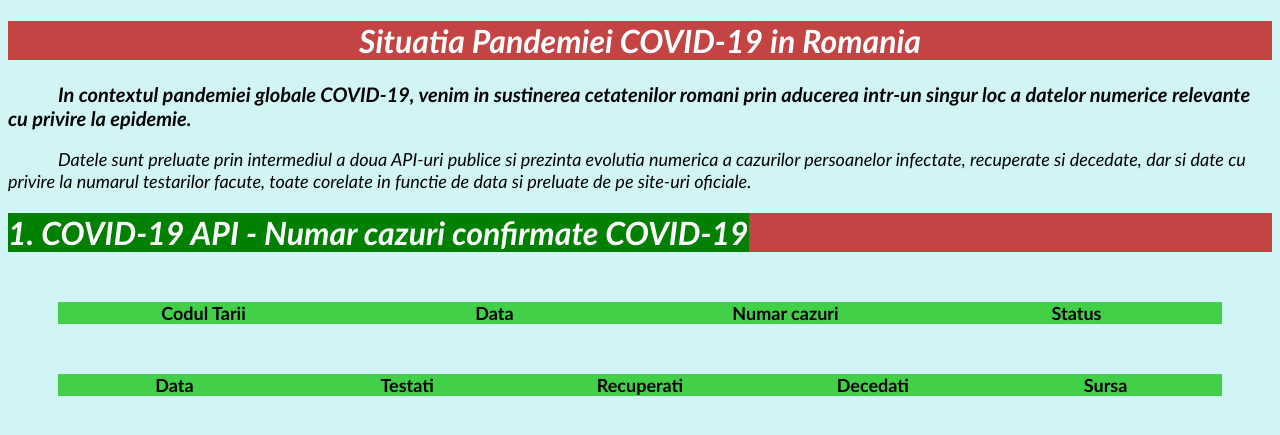
Repository: leonardpirlog/cc_2020_PL
Page: home.html
The author's editor kept a record of every edit. The page is drawn from the files as they stood at one moment, then again after the next edit.
The browser window is 1280 px wide. The pictures show the whole page.
The page's requests for data from a server got no answer.

Above is the page before.

### home.html
<!DOCTYPE html>
<html>
    <head>
       <script src="https://code.jquery.com/jquery-3.5.1.min.js"
       integrity="sha256-9/aliU8dGd2tb6OSsuzixeV4y/faTqgFtohetphbbj0="
       crossorigin="anonymous"></script>

       <script src="home_js.js"></script>
       <link rel="stylesheet" type="text/css" href="styles.css">
       <title>Situatia Pandemiei COVID-19 in Romania</title>
       <meta name="viewport" content="width=device-width, initial-scale=1.0">
    </head>
    <body>
        <div id="titlu" >
            <header>
                <h1 align=center>
                    Situatia Pandemiei COVID-19 in Romania
                </h1>
            </header>
        </div>
        <div>
            <h2 id="parag1">
                In contextul pandemiei globale COVID-19, venim in sustinerea cetatenilor
                romani prin aducerea intr-un singur loc a datelor numerice relevante cu privire la
                epidemie.
            </h2>
            <h3 id="parag2">
                Datele sunt preluate prin intermediul a doua API-uri publice si prezinta
                evolutia numerica a cazurilor persoanelor infectate, recuperate si decedate, dar
                si date cu privire la numarul testarilor facute, toate corelate in functie de data
                si preluate de pe site-uri oficiale.
            </h3>
            <h1 id="subtitlu"><span>
               1. COVID-19 API - Numar cazuri confirmate COVID-19
               </span>
            </h1>
        </div>
        <div class="api1_data">
            <div id="api1_table" class="api_table">
                <div class="api_header">
                    <div>Codul Tarii</div>
                    <div>Data</div>
                    <div>Numar cazuri</div>
                    <div>Status</div>
                </div>
                <div class="api_body">

                </div>
            </div>
        </div>
        <div class="api2_data">
            <div id="api2_table" class="api_table">
                <div class="api_header">
                    <div>Data</div>
                    <div>Testati</div>
                    <div>Recuperati</div>
                    <div>Decedati</div>
                    <div>Sursa</div>
                </div>
                <div class="api_body">

                </div>
            </div>
        </div>
    </body>
</html>

### home_js.js
// JavaScript File
/*global$*/

document.addEventListener("DOMContentLoaded", function() {
    loadCovid19Data1("https://api.covid19api.com/country/romania/status/confirmed");
    loadCovid19Data2("https://api.apify.com/v2/datasets/n1XtXTelVG5dJhDhy/items?format=json&clean=1");
});

function loadCovid19Data1(url) {
    function manipulateDom(response) {
        for(const row of response) {
            insertTrToApi1Table(row);
        }
    }

    getDataFromRequest(url, manipulateDom);
}

function loadCovid19Data2(url) {
    function manipulateDom(response) {
        for(const row of response) {
            insertTrToApi2Table(row);
        }
    }

    getDataFromRequest(url, manipulateDom);
}

function getDataFromRequest(url, callback) {
    var xhttp = new XMLHttpRequest();
    xhttp.onreadystatechange = function() {
        if (this.readyState == 4 && this.status == 200) {
            callback(JSON.parse(xhttp.response));
        }
    };
    xhttp.open("GET", url, true);
    xhttp.send();
}

function insertTrToApi1Table(rowData) {
    const tbody = document.querySelector('#api1_table .api_body');
    let tr = document.createElement('div');
    tr.classList.add('api_row');
    let parsedDate =  new Date(rowData.Date);
    const ye = new Intl.DateTimeFormat('ro', { year: 'numeric' }).format(parsedDate);
    const mo = new Intl.DateTimeFormat('ro', { month: 'short' }).format(parsedDate);
    const da = new Intl.DateTimeFormat('ro', { day: '2-digit' }).format(parsedDate);
    const formattedDate = da + ' ' + mo + ' ' + ye;

    tr.innerHTML = `
        <div>${rowData.CountryCode}</div>
        <div>${formattedDate}</div>
        <div>${rowData.Cases}</div>
        <div>${rowData.Status}</div>
    `;
    tbody.append(tr);
}
function insertTrToApi2Table(rowData) {
   // console.log(rowData);
    const tbody = document.querySelector('#api2_table .api_body');
    let tr = document.createElement('div');
    tr.classList.add('api_row');
    let parsedDate =  new Date(rowData.lastUpdatedAtSource);
    const ye = new Intl.DateTimeFormat('ro', { year: 'numeric' }).format(parsedDate);
    const mo = new Intl.DateTimeFormat('ro', { month: 'short' }).format(parsedDate);
    const da = new Intl.DateTimeFormat('ro', { day: '2-digit' }).format(parsedDate);
    const formattedDate = da + ' ' + mo + ' ' + ye;

    tr.innerHTML = `
        <div>${formattedDate}</div>
        <div>${rowData.tested}</div>
        <div>${rowData.infected}</div>
        <div>${rowData.deceased}</div>
        <a href="${rowData.sourceUrl}">LINK</a>
    `;
    tbody.append(tr);
}

### styles.css
.api_header {
    display: flex;
}

.api1_data, .api2_data {
    margin: 50px;
}

.api_header div, .api_row div, .api_row a {
    flex: 1;
    display: flex;
    justify-content: center;
}

.api_body {
    display: flex;
    flex-direction: column;
    max-height: 500px;
    overflow: auto;
}

.api_header{
    font-weight: bold;
    background-color: #41d047;
    font-size: 18px;
}

.api_row {
    display: flex;
    padding: 5px;
}

.api_body{
    font-style:italic;
    background-color: #4caf5045;
}

h1{
    background-color: #c10808bf;
    color: white;
    font-style: italic;
}

body{
    background-color:#d1f5f5;
    font-family: calibri;
}

a{
    font-weight:bold;
}

#parag1{
    text-indent:50px;
    color:#000000;
    font-size:20px;
    font-style:italic;
}

#parag2{
    text-indent:50px;
    color:#000000;
    font-size: 18px;
    font-weight: inherit;
    font-style: italic;
}

#subtitlu{

}

#subtitlu span{
    background-color: green;
}

After the next edit:
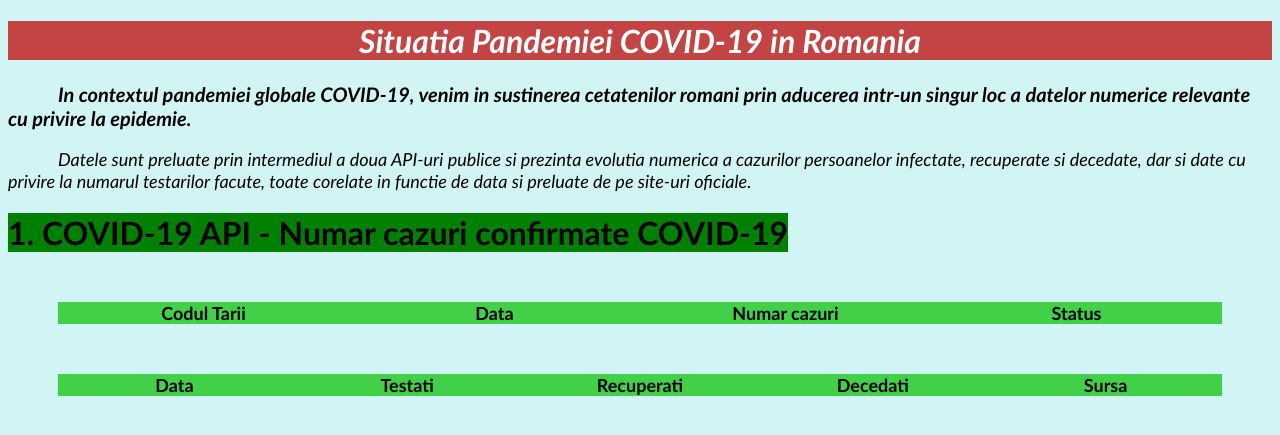
The edit:
--- a/styles.css
+++ b/styles.css
@@ -35,7 +35,7 @@
     background-color: #4caf5045;
 }
 
-h1{
+#titlu{
     background-color: #c10808bf;
     color: white;
     font-style: italic;
